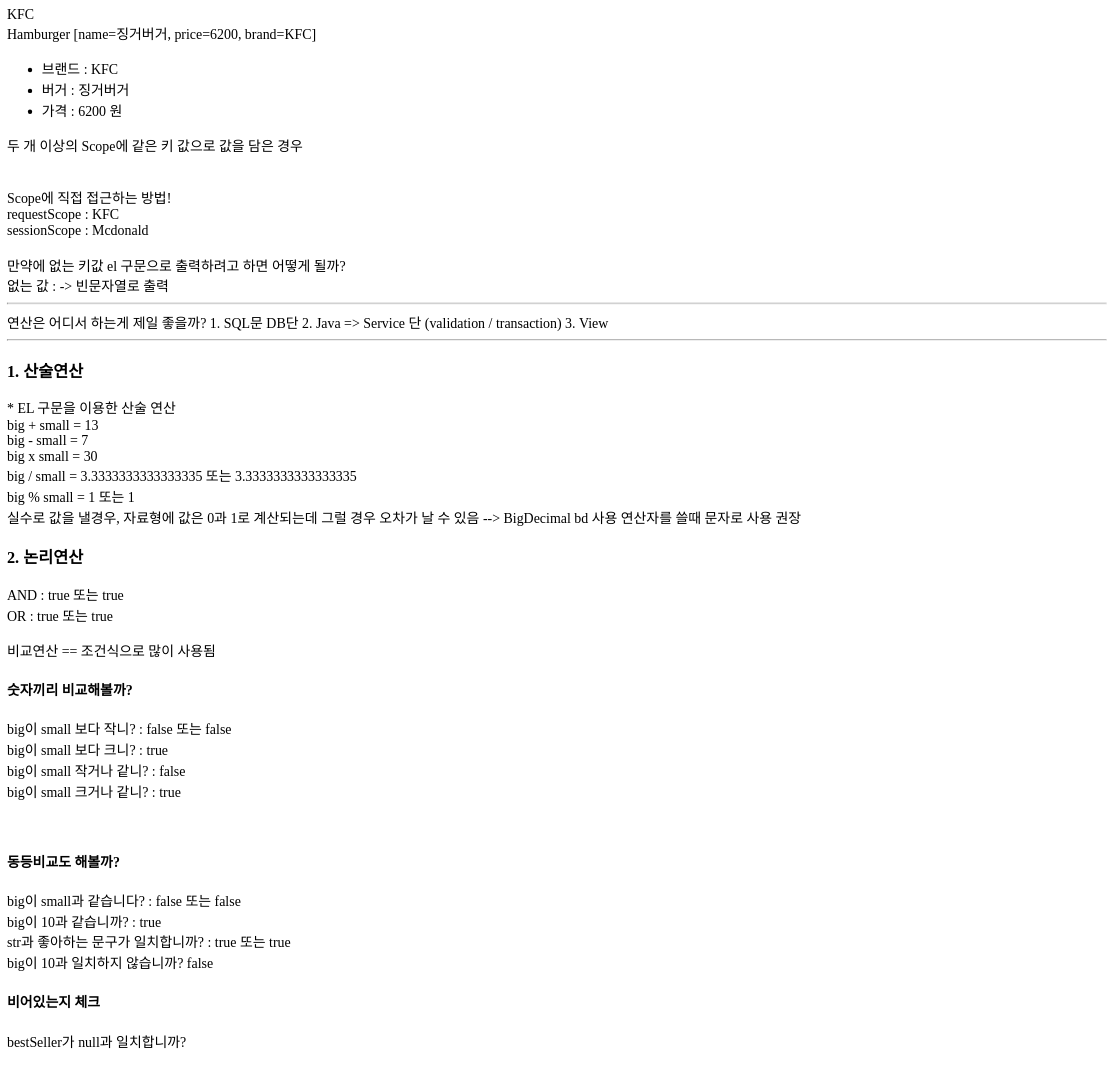
Repository: parkjin-sol/web-workplace
Page: http://localhost/McdonaldProject/sc
An editor plug-in stored every save of this project. The page is shown before and after the next save, followed by the edit.
The browser window is 1280 px wide. The pictures show the whole page, at 87% of full size.
The page is served by Tomcat 9. Other server files are loaded and not shown.

Above is the page before, as saved 2025-03-11 02:19:47.

### McdonaldProject/src/main/webapp/WEB-INF/views/print.jsp
<%@ page language="java" contentType="text/html; charset=UTF-8"
    pageEncoding="UTF-8"%>
<%
	// String brand = (String)request.getAttribute("brand");
%>
<!DOCTYPE html>
<html>
<head>
<meta charset="UTF-8">
<title>Insert title here</title>
</head>
<body>
	${ brand } <br>
	${ bestSeller }

	<ul>
		<li> 브랜드 : ${ bestSeller.brand }</li>
		<li> 버거 : ${ bestSeller.name }</li>
		<li> 가격 : ${ bestSeller.price } 원</li>
	</ul>

	두 개 이상의 Scope에 같은 키 값으로 값을 담은 경우 <br>

	<!--
		page => request => session => application 순으로 키값을 겁색
	 -->
	 <br><br>
	 Scope에 직접 접근하는 방법! <br>
	 requestScope : ${ requestScope.brand } <br>
	 sessionScope : ${ sessionScope.brand } <br>
	 <br>
	 만약에 없는 키값 el 구문으로 출력하려고 하면 어떻게 될까? <br>

	 없는 값 : ${ sessionScope.abc }
	 -> 빈문자열로 출력


	 <hr>

	 연산은 어디서 하는게 제일 좋을까?
	 1. SQL문 DB단
	 2. Java => Service 단 (validation / transaction)
	 3. View

	 <hr>

	 <h3>1. 산술연산</h3>
	 <p>
	 	* EL 구문을 이용한 산술 연산
	 	<br>
	 	big + small = ${ big + small } <br>
	 	big - small = ${ big - small } <br>
	 	big x small = ${ big * small }  <br>
	 	big / small = ${ big / small } 또는 ${ big div small } <br>
	 	big % small = ${ big % small } 또는 ${ big mod small } <br>

	 	실수로 값을 낼경우, 자료형에 값은 0과 1로 계산되는데
	 	그럴 경우 오차가 날 수 있음
	 	--> BigDecimal bd 사용

	 	연산자를 쓸때 문자로 사용 권장
	 </p>

	 <h3>2. 논리연산</h3>
	 <p>
	 	AND : ${ true && true } 또는 ${ true and true } <br>
	 	OR  : ${ true || true } 또는 ${ true or true }
	 </p>

	 비교연산 == 조건식으로 많이 사용됨

	 <h4>숫자끼리 비교해볼까?</h4>

	 <p>
	 	big이 small 보다 작니? : ${ big < small } 또는 ${ big lt small } <br>
	 	big이 small 보다 크니? : ${ big gt small } <br>
	 	big이 small 작거나 같니? : ${ big le small } <br>
	 	big이 small 크거나 같니? : ${ big ge small } <br>

	 </p>

	 <br>

	 <h4>동등비교도 해볼까?</h4>

	 <p>
	 	 big이 small과 같습니다? : ${ big == small } 또는 ${ big eq small } <br>
	 	 big이 10과 같습니까? : ${ big eq 10 } <br>
	 	 str과 좋아하는 문구가 일치합니까? : ${ str == "좋아하는문구" }
	 	 또는 ${ str eq '좋아하는문구' } <br>
	 	 big이 10과 일치하지 않습니까? ${ big ne 10 }
	 </p>


	 <h4>비어있는지 체크</h4>

	 <p>
	 	bestSeller가 null과 일치합니까? <br>
	 </p>

















</body>
</html>

### McdonaldProject/src/main/java/com/kh/mcdonald/controller/SettingController.java
package com.kh.mcdonald.controller;

import java.io.IOException;
import java.util.ArrayList;

import javax.servlet.ServletException;
import javax.servlet.annotation.WebServlet;
import javax.servlet.http.HttpServlet;
import javax.servlet.http.HttpServletRequest;
import javax.servlet.http.HttpServletResponse;
import javax.servlet.http.HttpSession;

import com.kh.mcdonald.model.dto.Hamburger;


@WebServlet("/sc")
public class SettingController extends HttpServlet {
	private static final long serialVersionUID = 1L;


    public SettingController() {
    	super();
    }


	protected void doGet(HttpServletRequest request, HttpServletResponse response) throws ServletException, IOException {
		// System.out.println("뚜겟");

		// Servlet에서 응답 데이터가 있는데 ?
		// JSP에게 보내줘야함! --> request에 담아서
		 							// Servlet 내장 객체 / Scope 객체

		// Application / Session / Request              / Page
		/*
		 * 1. Servlet Context(Application Scope)
		 * 하나의 애플리케이션 당, 딱 한 개 존재하는 객체
		 * 이 영역에 데이터를 담으면 전역에서 사용가능
		 *
		 * 2. HttpSession (Session Scope)
		 * 하나의 브라우저 당, 한 개 존재하는 객체
		 * 이 영역에 데이터를 담으면 JSP / Servlet 단에서 사용 가능
		 * 값이 한번 담기면, 브라우저가 닫히거나, 세션을 비우거나(로그아웃),
		 * 서버를 중지하기 전까지는 계속해서 사용 가능
		 *
		 * 3. HttpServletRequest (Request Scope)
		 * 요청 시 매 번 생성되는 객체
		 * 이 영역에 데이터를 담으면 해당 request 객체를 포워딩 받는
		 * 응답 JSP에서만 사용가능(1회용)
		 *
		 * 4. PageContext(Page Scope)
		 * JSP페이지 내에서만 사용가능
		 *
		 * => 위 객체들에 값을 담을떄는 .setAttribute("키", "value")
		 * 							    .getAttributr("키")
		 *                              .removeAttribute("키")
		 *
		 *
		 *
		 */

		// requestScope
		// 객체 지향 개념에서 제일 중요한건 주체!

		request.setAttribute("brand","KFC");
		request.setAttribute("bestSeller", new Hamburger("징거버거", 6200, "KFC"));


		// sessionScope
		HttpSession session = request.getSession();
		session.setAttribute("brand", "Mcdonald");
		session.setAttribute("bestSeller", new Hamburger("빅맥", 6500,"Mcdonald"));


		// 숫자
		request.setAttribute("big", 10);
		request.setAttribute("small", 3);

		// 문자
		request.setAttribute("str", "좋아하는문구");

		// 리스트
		request.setAttribute("list", new ArrayList());


		// 응답 뷰 위임 -> 포워딩

		request.getRequestDispatcher("/WEB-INF/views/print.jsp").forward(request, response);

	}


	protected void doPost(HttpServletRequest request, HttpServletResponse response) throws ServletException, IOException {
		doGet(request, response);
	}

}

### McdonaldProject/src/main/java/com/kh/mcdonald/model/dto/Hamburger.java
package com.kh.mcdonald.model.dto;

public class Hamburger {
	private String name;
	private int price;
	private String brand;

	public Hamburger() {
		super();
	}
	public Hamburger(String name, int price, String brand) {
		super();
		this.name = name;
		this.price = price;
		this.brand = brand;
	}
	@Override
	public String toString() {
		return "Hamburger [name=" + name + ", price=" + price + ", brand=" + brand + "]";
	}

	public String getName() {
		return name;
	}
	public void setName(String name) {
		this.name = name;
	}
	public int getPrice() {
		return price;
	}
	public void setPrice(int price) {
		this.price = price;
	}
	public String getBrand() {
		return brand;
	}
	public void setBrand(String brand) {
		this.brand = brand;
	}


}

After the next save:
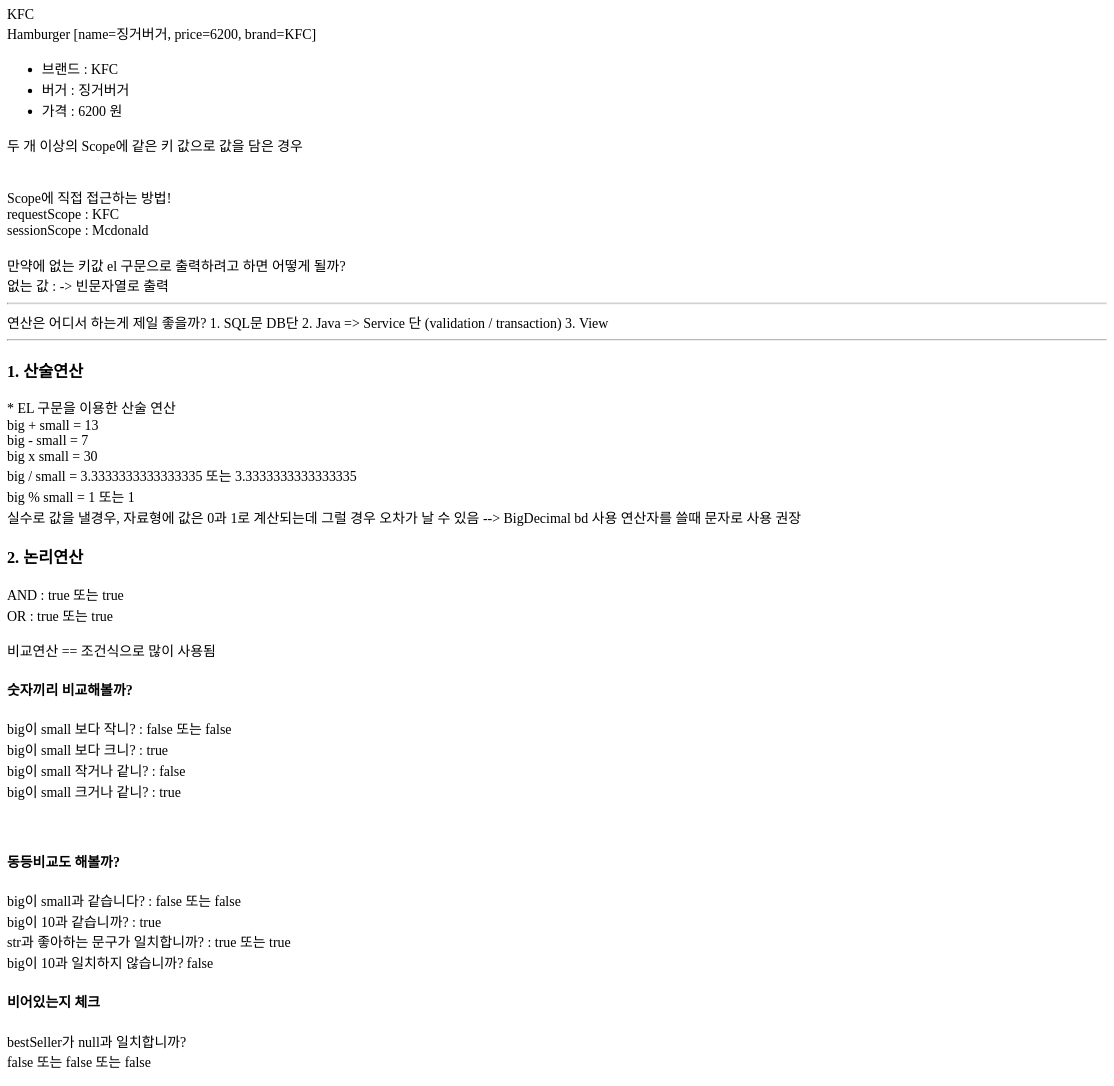
Saved 93 s later.
--- a/McdonaldProject/src/main/webapp/WEB-INF/views/print.jsp
+++ b/McdonaldProject/src/main/webapp/WEB-INF/views/print.jsp
@@ -96,6 +96,8 @@
 
 	 <p>
 	 	bestSeller가 null과 일치합니까? <br>
+	 	${ bestSeller == null } 또는 ${ bestSeller eq null }
+	 	또는 ${ empty bestSeller } <br>
 	 </p>
 
 
